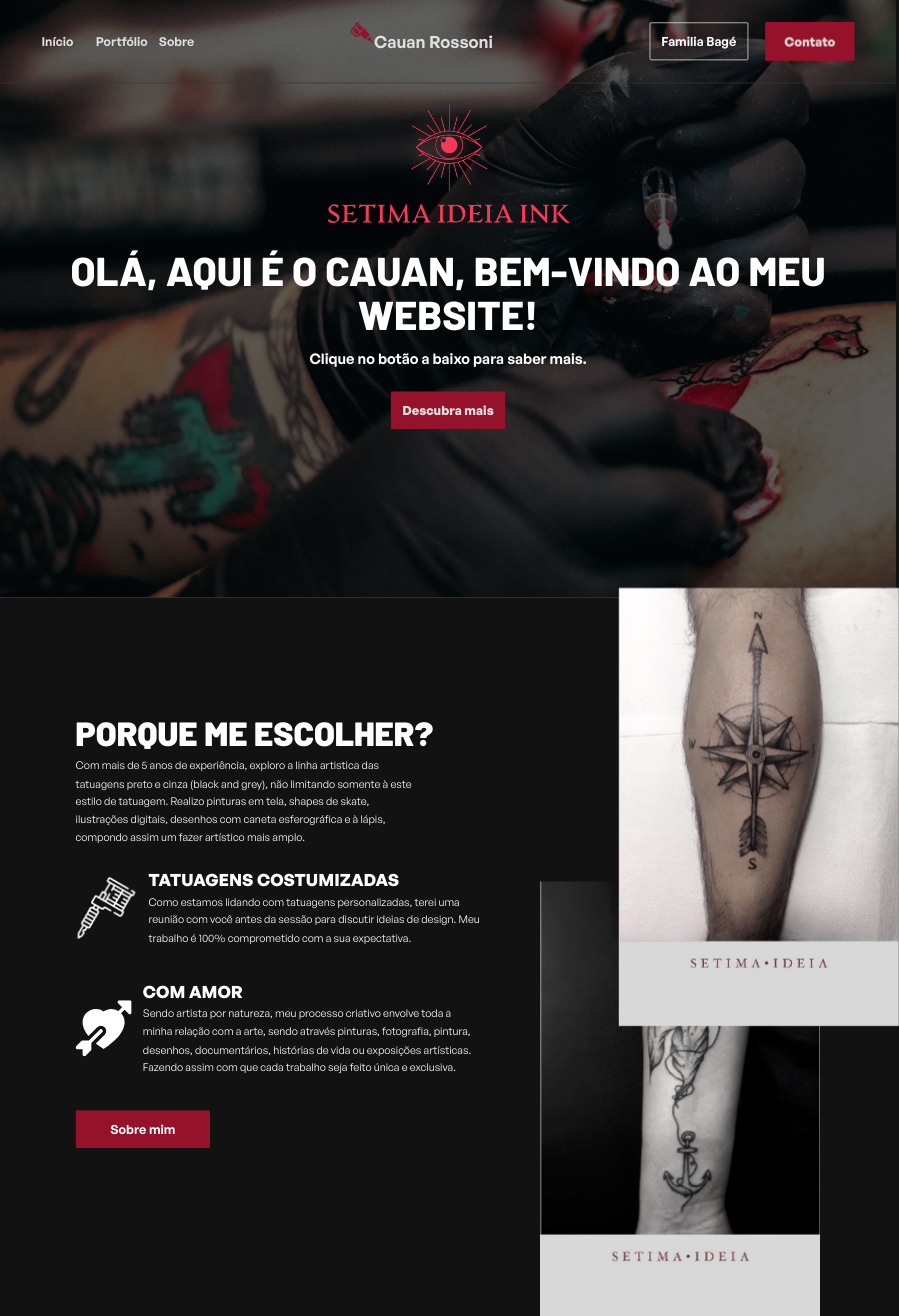
Repository: Leoka2000/S-tima-Ideia
Page: /
The author's editor kept a copy of each file at every save. The page is drawn from the files as they stood at one save, then again after the next save.
The browser window is 1280 px wide. The page is 1284 px wide, then 1280 px, so the pictures cover 1284 px, including what lies to the right of the window. The pictures show the part of the page from y = 0 to 1880 px (the page is 7066 px tall), at 70% of full size.
Backgrounds fixed to the window are drawn as part of the page. The project was rebuilt for these pictures with package versions that can differ from the ones it lists, and the page was loaded fresh each time. Some packages were replaced by stand-ins written for this rebuild. Also part of the build but not shown: src/pages/main/instagram/instagram.css, src/pages/main/instagram/instagram.jsx, src/App.css, src/pages/portfolio/portfolio.css, src/data/database-common.js, src/pages/portfolio/loop-content.jsx, src/pages/portfolio/portfolio.jsx, src/pages/portfolio/index.jsx and 2 more. Imported but missing from the stored project, and not drawn on this page: src/assets/videos/cauan-video.mp4.

Above is the page before, as saved 2023-05-22 20:55:38.

After the next save:
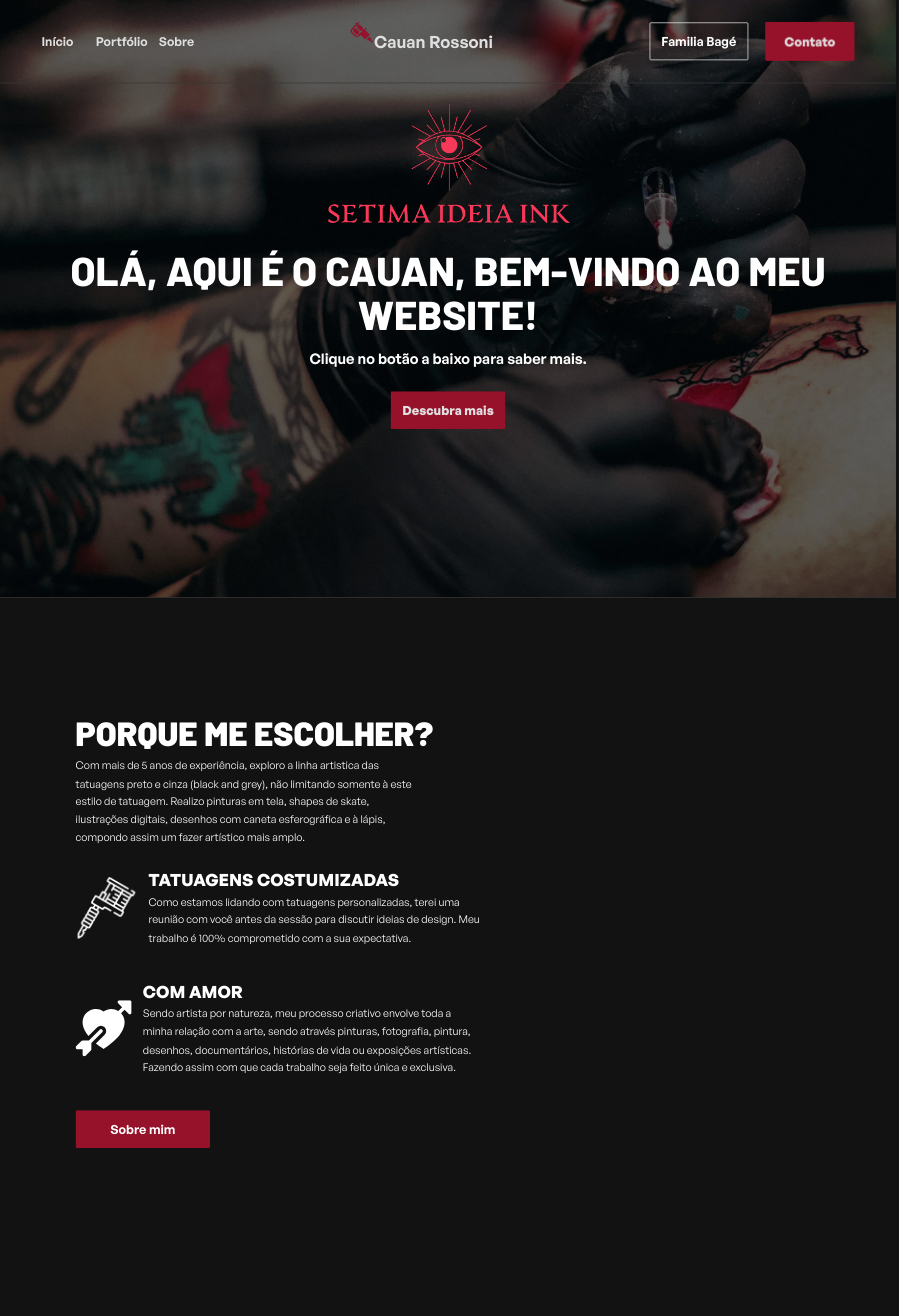
Saved 7 min 4 s later.
--- a/src/pages/main/about/about.css
+++ b/src/pages/main/about/about.css
@@ -146,7 +146,11 @@ color: #fff;
 
 }
 
-
+@media screen and (max-width: 1306px) {
+    .parallax-layer-1, .parallax-layer-2 {
+        display: none;
+    }
+}
 
 @media screen and (max-width: 1100px) {
     .about-section {
